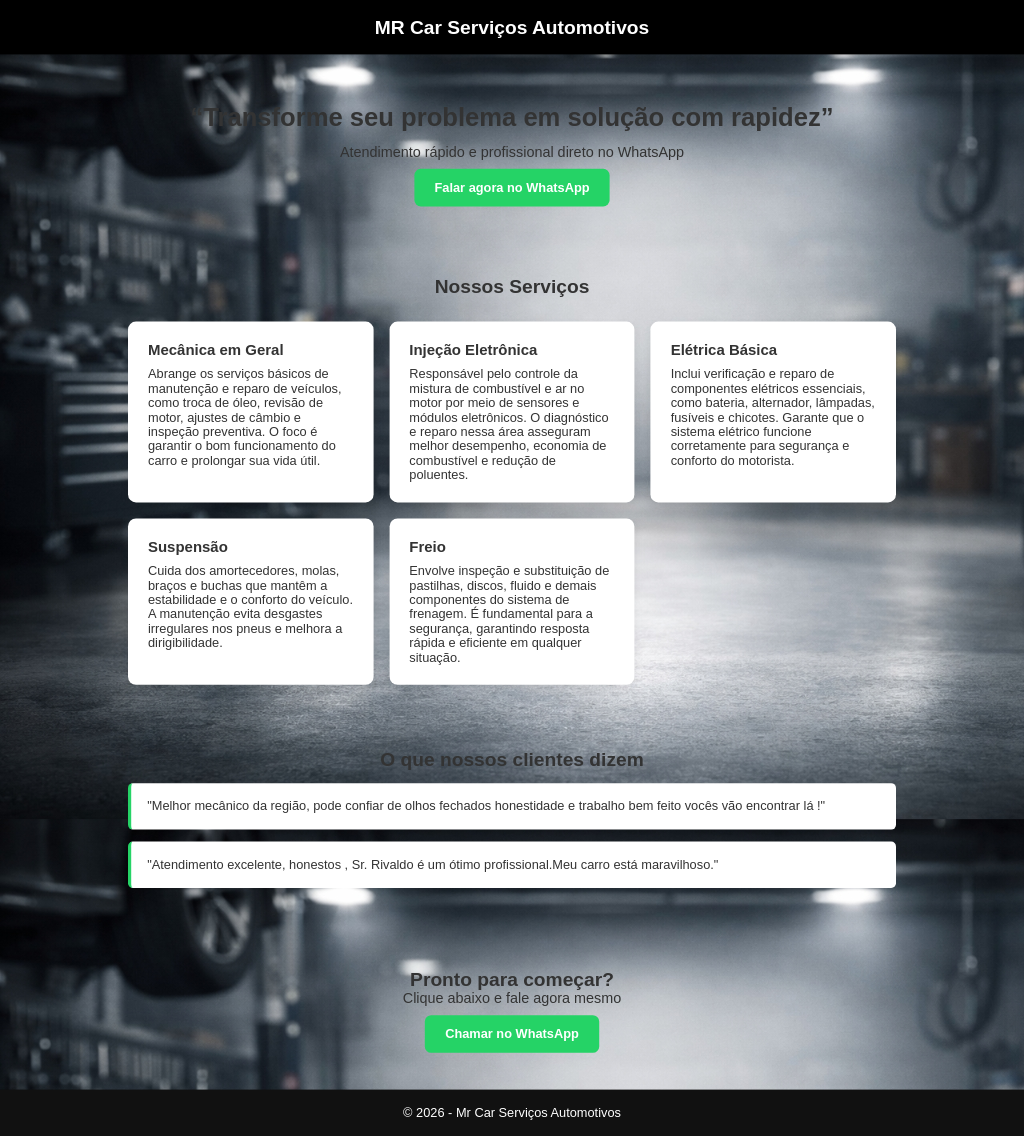
Repository: templaterj1991-Luiz/Main
Page: Template/index.html
These files come from the project's save history. The page is drawn as it stood at one moment and after the next save; the edit follows.
The browser window is 1280 px wide. The pictures show the whole page, at 80% of full size.

Above is the page before, as saved 2026-06-06 13:40:41.

### Template/index.html
<!DOCTYPE html>
<html lang="pt-BR">

<head>
    <meta charset="UTF-8">
    <meta name="viewport" content="width=device-width, initial-scale=1.0">
    <title>Mr Car Serviços Automotivos</title>
    <style>
        * {
            margin: 0;
            padding: 0;
            box-sizing: border-box;
            font-family: 'Arial', sans-serif;
        }

        body {
            background-image:url(../Template/assests/image_17807634293247997762059382456069.jpeg);
            color: #333;
        }

        header {
            background: #000000;
            color: #fff;
            padding: 20px;
            text-align: center;
        }

        .hero {
            padding: 60px 20px;
            text-align: center;
            background:blue
            color: white;
        }

        .hero h1 {
            font-size: 32px;
            margin-bottom: 15px;
        }

        .hero p {
            font-size: 18px;
            margin-bottom: 25px;
        }

        .btn {
            background: #25D366;
            color: white;
            padding: 15px 25px;
            border-radius: 8px;
            text-decoration: none;
            font-weight: bold;
            transition: 0.3s;
        }

        .btn:hover {
            background: #1ebe5d;
        }

        .container {
            max-width: 1000px;
            margin: auto;
            padding: 40px 20px;
        }

        .grid {
            display: grid;
            grid-template-columns: repeat(auto-fit, minmax(250px, 1fr));
            gap: 20px;
        }

        .card {
            background: white;
            padding: 25px;
            border-radius: 10px;
            box-shadow: 0 4px 10px rgba(0, 0, 0, 0.08);
        }

        .card h3 {
            margin-bottom: 10px;
        }

        .testimonial {
            background: #fff;
            padding: 20px;
            border-left: 4px solid #25D366;
            margin-top: 15px;
            border-radius: 6px;
        }

        footer {
            text-align: center;
            padding: 20px;
            background: #111;
            color: white;

        }
    </style>
</head>

<body>
    <header>
        <h2>MR Car Serviços Automotivos</h2>
    </header>
    <section class="hero">
        <h1>“Transforme seu problema em solução com rapidez”</h1>
        <p>Atendimento rápido e profissional direto no WhatsApp</p> <a class="btn" href="https://wa.me/5521983543090"
            target="_blank"> Falar agora no WhatsApp </a>
    </section>
    <section class="container">
        <h2 style="text-align:center; margin-bottom:30px;">Nossos Serviços</h2>
        <div class="grid">
            <div class="card">
                <h3>Mecânica em Geral</h3>
                <p>Abrange os serviços básicos de manutenção e reparo de veículos, como troca de óleo, revisão de motor, ajustes de câmbio e inspeção preventiva. O foco é garantir o bom funcionamento do carro e prolongar sua vida útil.</p>
            </div>
            <div class="card">
                <h3>Injeção Eletrônica </h3>
                <p>Responsável pelo controle da mistura de combustível e ar no motor por meio de sensores e módulos eletrônicos. O diagnóstico e reparo nessa área asseguram melhor desempenho, economia de combustível e redução de poluentes.</p>
            </div>
            <div class="card">
                <h3>Elétrica Básica</h3>
                <p>Inclui verificação e reparo de componentes elétricos essenciais, como bateria, alternador, lâmpadas, fusíveis e chicotes. Garante que o sistema elétrico funcione corretamente para segurança e conforto do motorista.</p>
            </div>
             <div class="card">
                <h3>Suspensão</h3>
                <p>Cuida dos amortecedores, molas, braços e buchas que mantêm a estabilidade e o conforto do veículo. A manutenção evita desgastes irregulares nos pneus e melhora a dirigibilidade.</p>
            </div>
             <div class="card">
                <h3>Freio</h3>
                <p>Envolve inspeção e substituição de pastilhas, discos, fluido e demais componentes do sistema de frenagem. É fundamental para a segurança, garantindo resposta rápida e eficiente em qualquer situação.</p>
            </div>
        </div>
    </section>
    <section class="container">
        <h2 style="text-align:center;">O que nossos clientes dizem</h2>
        <div class="testimonial"> "Melhor mecânico da região, pode confiar de olhos fechados honestidade e trabalho bem feito vocês vão encontrar lá !" </div>
        <div class="testimonial"> "Atendimento excelente, honestos , Sr. Rivaldo é um ótimo profissional.Meu carro está maravilhoso." </div>
    </section>
    <section class="hero">
        <h2>Pronto para começar?</h2>
        <p>Clique abaixo e fale agora mesmo</p> <a class="btn" href="https://wa.me/5521983543090" target="_blank"> Chamar no
            WhatsApp </a>
    </section>
    <footer>
        <p>© 2026 - Mr Car Serviços Automotivos</p>
    </footer>
</body>

</html>

After the next save:
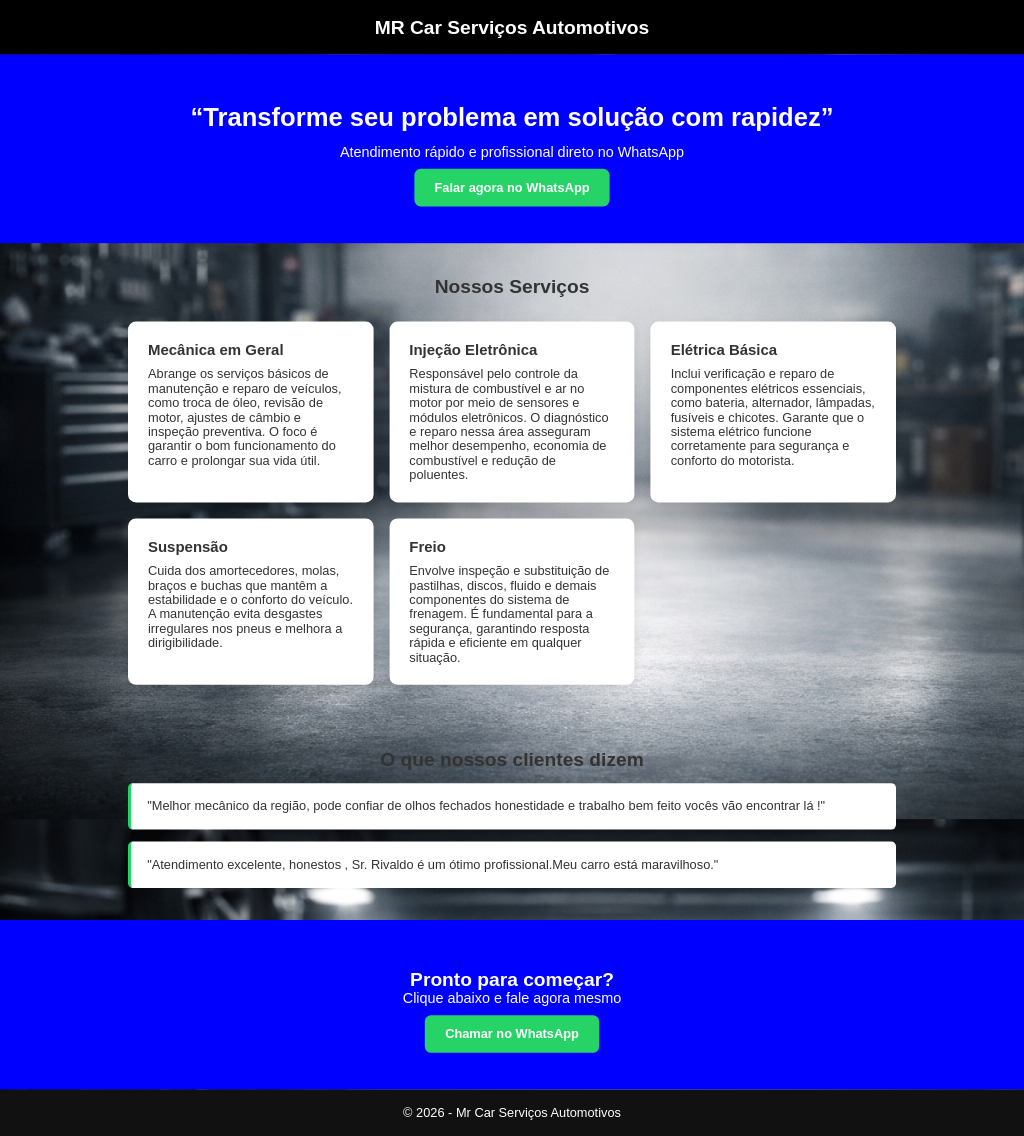
Saved 4 s later.
--- a/Template/index.html
+++ b/Template/index.html
@@ -28,7 +28,7 @@
         .hero {
             padding: 60px 20px;
             text-align: center;
-            background:blue
+            background:blue;
             color: white;
         }
 

After the save that followed:
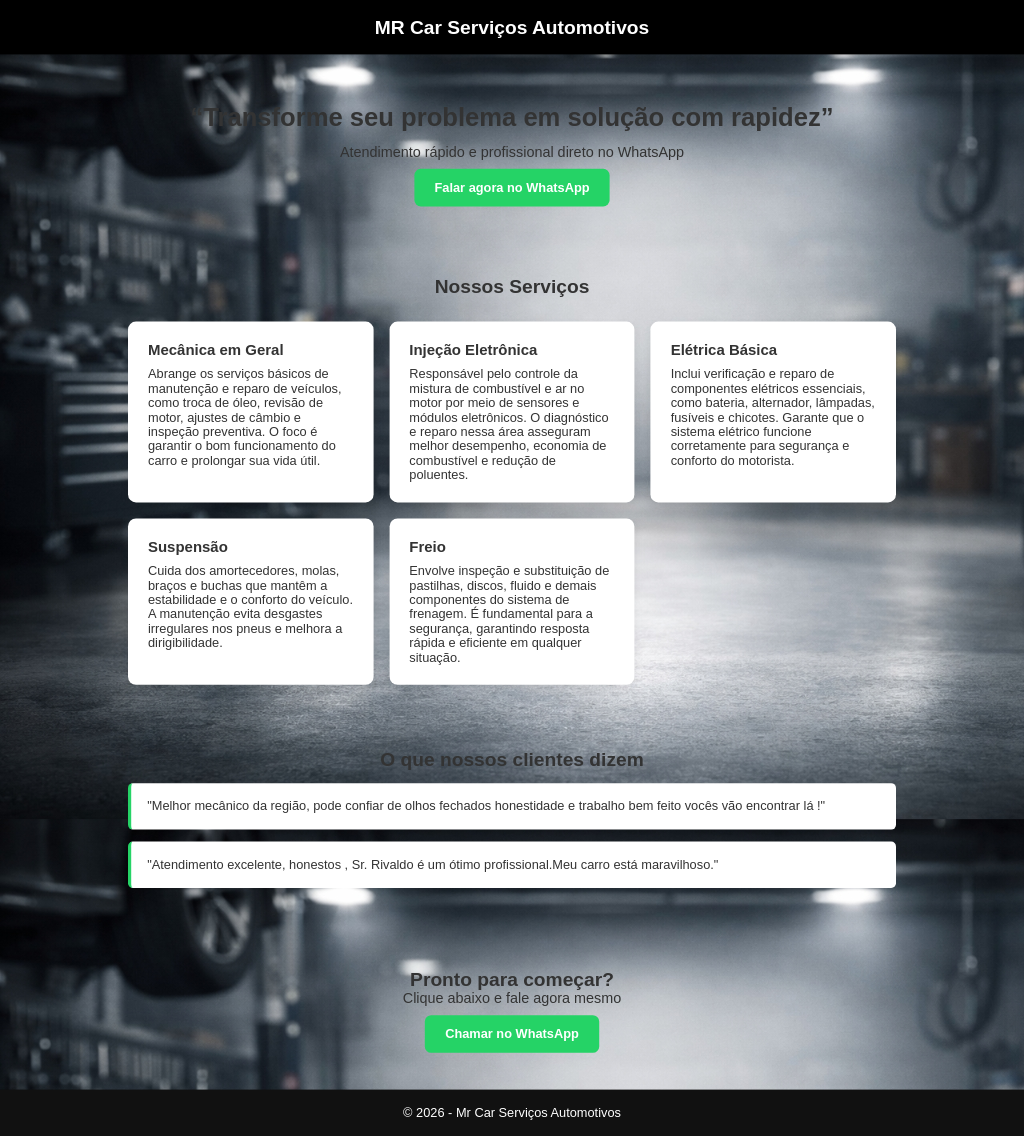
Saved 2 min 50 s later.
--- a/Template/index.html
+++ b/Template/index.html
@@ -28,7 +28,7 @@
         .hero {
             padding: 60px 20px;
             text-align: center;
-            background:blue;
+            background-image
             color: white;
         }
 
